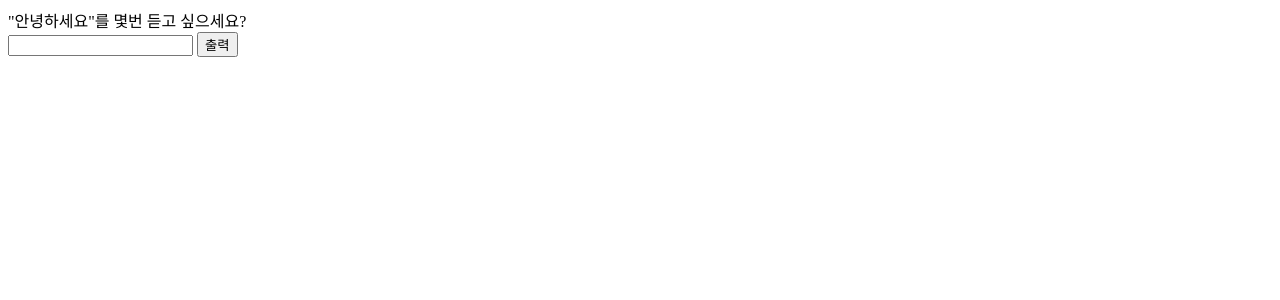
Repository: odreeblue/Study_ServletJSP
Page: jsp/workspace/JSPPrj/src/main/webapp/reg.html
The author's editor kept a copy of each file at every save. The page is drawn from the files as they stood at one save, then again after the next save.
The browser window is 1280 px wide. The pictures show the whole page.

Above is the page before, as saved 2023-02-05 13:07:07.

After the next save:
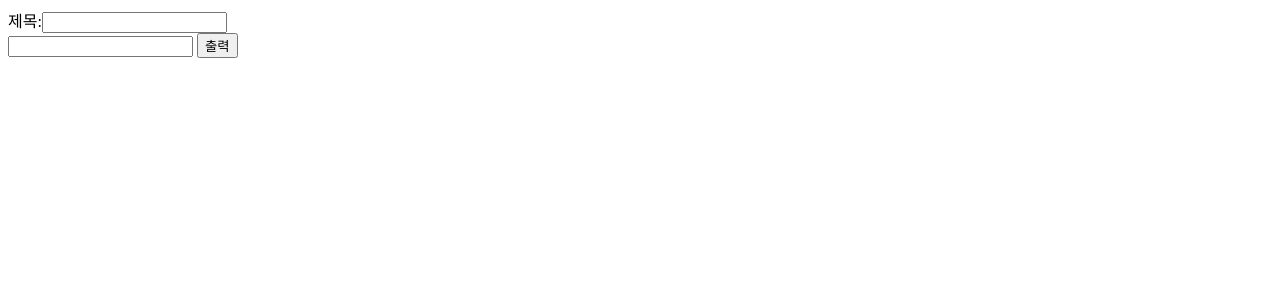
Saved 2 min 48 s later.
--- a/jsp/workspace/JSPPrj/src/main/webapp/reg.html
+++ b/jsp/workspace/JSPPrj/src/main/webapp/reg.html
@@ -6,9 +6,9 @@
 </head>
 <body>
 	<div>
-		<form action="hi"> <!-- servlet 매핑 주소 입력 예: http://.../hi-->
+		<form action="notice-reg"> <!-- servlet 매핑 주소 입력 예: http://.../notice-reg -->
 			<div>
-				<label>"안녕하세요"를 몇번 듣고 싶으세요?</label>
+				<label>제목:</label><input type="text">
 			</div>
 			<div>
 				<input type="text" name="cnt"/><!-- 예  http://.../hi?cnt=3 -->
